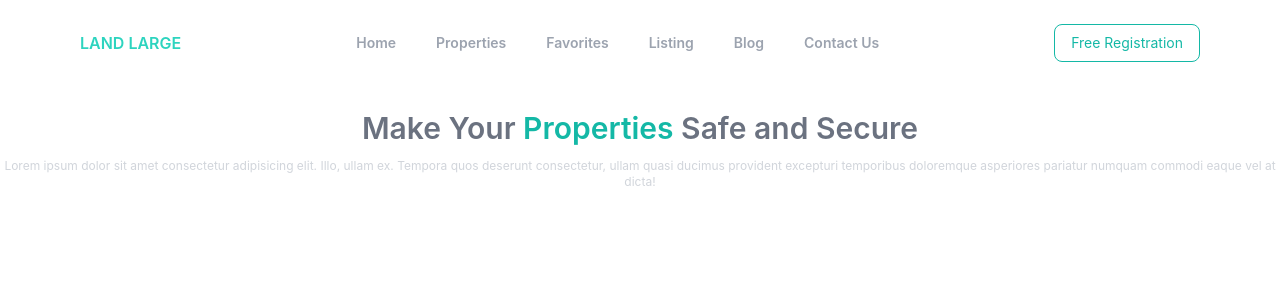
Repository: MuniruIssah/realestate
Page: /
An editor plug-in stored every save of this project. The page is shown before and after a run of saves, followed by the edit.
The browser window is 1280 px wide. The pictures show the whole page.
The project was rebuilt for these pictures with package versions that can differ from the ones it lists, and the page was loaded fresh each time. Also part of the build but not shown: src/App.css.

Above is the page before, as saved 2022-02-19 21:47:21.

After the next 7 saves:
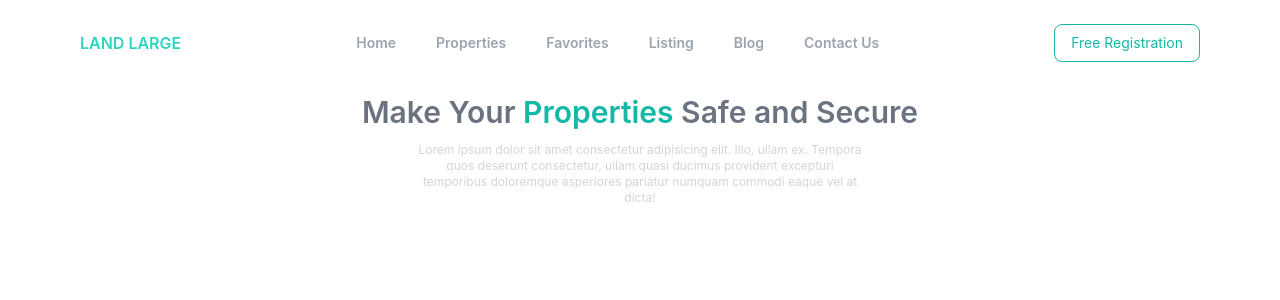
The 7 saves are shown as one change because they came seconds apart.
The last was saved 21 s later.
--- a/src/components/Jumbotron.js
+++ b/src/components/Jumbotron.js
@@ -7,7 +7,7 @@ const Jumbotron = () => {
         Make Your <span className="text-teal-500">Properties</span> Safe and
         Secure
       </span>
-      <p className="text-gray-300 text-xs text-center">
+      <p className="text-gray-300 text-xs text-center max-w-md">
         Lorem ipsum dolor sit amet consectetur adipisicing elit. Illo, ullam ex.
         Tempora quos deserunt consectetur, ullam quasi ducimus provident
         excepturi temporibus doloremque asperiores pariatur numquam commodi
